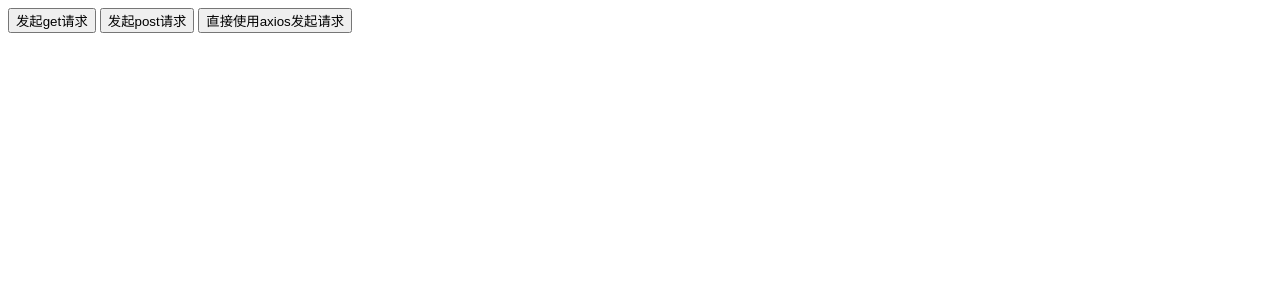
Repository: R1Deemo/ajax
Page: axios.html
The author's editor kept a copy of each file at every save. The page is drawn from the files as they stood at one save, then again after the next save.
The browser window is 1280 px wide. The pictures show the whole page.

Above is the page before, as saved 2022-10-27 19:36:12.
Console error: TypeError: Cannot read properties of null (reading 'addEventListener')

### axios.html
<!DOCTYPE html>
<html lang="en">

<head>
    <meta charset="UTF-8">
    <meta http-equiv="X-UA-Compatible" content="IE=edge">
    <meta name="viewport" content="width=device-width, initial-scale=1.0">
    <title>Document</title>
    <script src="./lib/axios.js"></script>
</head>

<body>
    <button id="btn1">发起get请求</button>
    <button id="btn2">发起post请求</button>
    <button id="btn3">直接使用axios发起请求</button>
</body>
<script>
    document.querySelector('#btn1').addEventListener('click', function() {
        var url = 'http://www.liulongbin.top:3006/api/get'
        var paramsObj = {
            name: 'zs',
            age: 20
        }
        axios.get(url, {
            params: paramsObj
        }).then(function(res) {
            console.log(res)
        })
    })
    document.querySelector('#btn2').addEventListener('click', function() {
        var url = 'http://www.liulongbin.top:3006/api/post'
        var dataObj = {
            location: '北京',
            address: '顺义'
        }
        axios.post(url, dataObj).then(function(res) {
            console.log(res.data)
        })
    })
    document.querySelector('#btn3').addEventListener('click', function() {
        var url = 'http://www.liulongbin.top:3006/api/get'
        var paramsData = {
            name: '钢铁侠',
            age: 35
        }
        axios({
            method: 'get',
            url: url,
            params: paramsData
        }).then(function(res) {
            console.log(res.data)
        })
    })
    document.querySelector('#btn4').addEventListener('click', function() {
        var url = 'http://www.liulongbin.top:3006/api/post'
        var dataOb = {
            location: '北京',
            address: '顺义'
        }
        axios({
            method: 'post',
            url: url,
            data: dataOb
        }).then(function(res) {
            console.log(res.data)
        })
    })
</script>

</html>

Loaded but not shown: lib/axios.js (library)

After the next save:
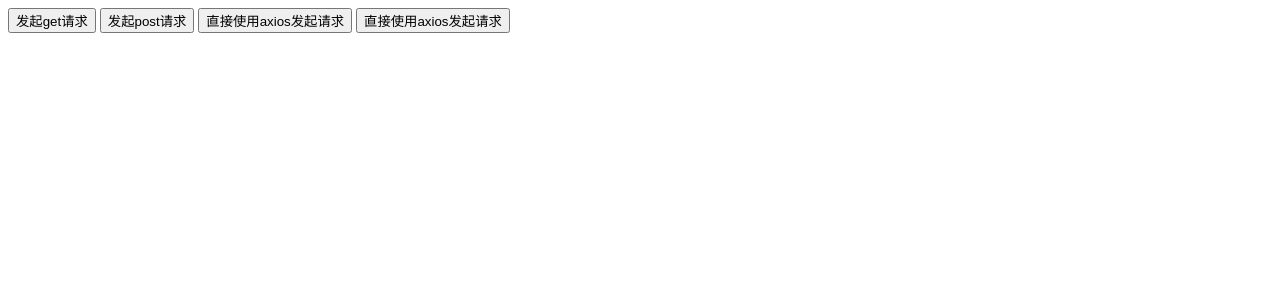
The error is gone.
Saved 10 s later.
--- a/axios.html
+++ b/axios.html
@@ -13,6 +13,8 @@
     <button id="btn1">发起get请求</button>
     <button id="btn2">发起post请求</button>
     <button id="btn3">直接使用axios发起请求</button>
+    <button id="btn4">直接使用axios发起请求</button>
+
 </body>
 <script>
     document.querySelector('#btn1').addEventListener('click', function() {
